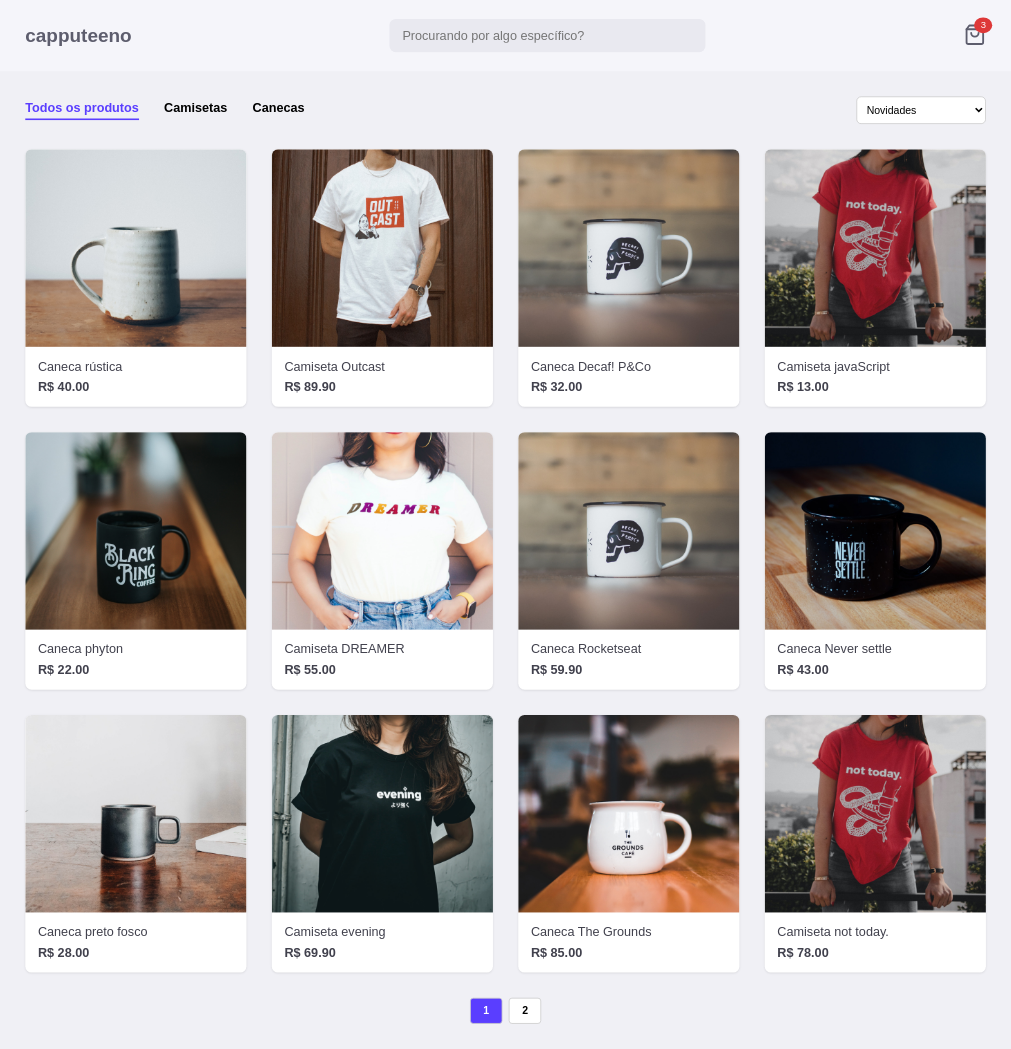
Repository: Biel-barbosa/capputeenoecomerce
Page: /
An editor plug-in stored every save of this project. The page is shown before and after the next save, followed by the edit.
The browser window is 1280 px wide. The pictures show the whole page, at 79% of full size.
The project was rebuilt for these pictures with package versions that can differ from the ones it lists, and the page was loaded fresh each time. The framework's server and built-in components were replaced by stand-ins that run in the browser. Also part of the build but not shown: next.config.ts.

Above is the page before, as saved 2025-04-23 11:47:10.

### src/app/page.tsx
'use client'
import { useState, useMemo } from 'react'
import styled from 'styled-components'
import Header from '../components/Header'
import { products as allProducts} from '../data/products'
import ProductCard from '@/components/ProductCard'
import Pagination from '@/components/Pagination'

const Container = styled.main`
  padding: 2rem;
  background-color: #f0f0f5;
`

const FiltersWrapper = styled.div`
  display: flex;
  justify-content: space-between;
  align-items: center;
  flex-wrap: wrap;
  margin-bottom: 2rem;
`

const Categories = styled.div`
  display: flex;
  gap: 2rem;

  button {
    background: none;
    border: none;
    font-weight: 600;
    font-size: 1rem;
    cursor: pointer;
    border-bottom: 2px solid transparent;
    padding-bottom: 4px;
    transition: 0.2s;

    &.active {
      color: #5a3eff;
      border-color: #5a3eff;
    }
  }
`

const SortSelect = styled.select`
  background: #fff;
  padding: 0.5rem;
  border-radius: 6px;
  border: 1px solid #ccc;
`

const ProductsGrid = styled.section`
  display: grid;
  grid-template-columns: repeat(auto-fill, minmax(250px, 1fr));
  gap: 2rem;
`

const PaginationWrapper = styled.div`
  display: flex;
  justify-content: center;
  margin-top: 2rem;
`

const HomePage = () => {
  const [category, setCategory] = useState('all')
  const [searchTerm, setSearchTerm] = useState('')
  const [sortOption, setSortOption] = useState('newest')
  const [currentPage, setCurrentPage] = useState(1)

  const itemsPerPage = 12

  const filteredProducts = useMemo(() => {
    let products = allProducts.filter((product) => {
      const matchesCategory = category === 'all' || product.category === category
      const matchesSearch = product.title.toLowerCase().includes(searchTerm.toLowerCase())
      return matchesCategory && matchesSearch
    })

    if (sortOption === 'price-asc') {
      products = products.sort((a, b) => a.price - b.price)
    } else if (sortOption === 'price-desc') {
      products = products.sort((a, b) => b.price - a.price)
    } else if (sortOption === 'bestsellers') {
      products = products.sort((a, b) => b.sales - a.sales)
    } else {
      products = products.sort((a, b) => new Date(b.createdAt).getTime() - new Date(a.createdAt).getTime())
    }

    return products
  }, [category, searchTerm, sortOption])

  const totalPages = Math.ceil(filteredProducts.length / itemsPerPage)
  const paginatedProducts = filteredProducts.slice(
    (currentPage - 1) * itemsPerPage,
    currentPage * itemsPerPage
  )

  return (
    <>
      <Header onSearch={setSearchTerm} />
      <Container>
        <FiltersWrapper>
          <Categories>
            {['all', 't-shirts', 'mugs'].map((cat) => (
              <button
                key={cat}
                className={category === cat ? 'active' : ''}
                onClick={() => setCategory(cat)}
              >
                {cat === 'all' ? 'Todos os produtos' : cat === 't-shirts' ? 'Camisetas' : 'Canecas'}
              </button>
            ))}
          </Categories>

          <SortSelect value={sortOption} onChange={(e) => setSortOption(e.target.value)}>
            <option value="newest">Novidades</option>
            <option value="price-desc">Preço: Maior - menor</option>
            <option value="price-asc">Preço: Menor - maior</option>
            <option value="bestsellers">Mais vendidos</option>
          </SortSelect>
        </FiltersWrapper>

        <ProductsGrid>
          {paginatedProducts.map((product) => (
            <ProductCard key={product.id} product={product} />
          ))}
        </ProductsGrid>

        <PaginationWrapper>
          <Pagination
            currentPage={currentPage}
            totalPages={totalPages}
            onPageChange={setCurrentPage}
          />
        </PaginationWrapper>
      </Container>
    </>
  )
}

export default HomePage

### src/components/Header.tsx
'use client';
import styled from 'styled-components';
import { FiShoppingBag } from 'react-icons/fi';

type HeaderProps = {
  onSearch?: (value: string) => void;
};

const HeaderContainer = styled.header`
  width: 100%;
  padding: 1.5rem 2rem;
  display: flex;
  align-items: center;
  justify-content: space-between;
  background-color: #f5f5fa;
  flex-wrap: wrap;
  gap: 1rem;
`;

const Logo = styled.h1`
  font-size: 1.5rem;
  font-weight: 600;
  color: #5d5d6d;
`;

const SearchInput = styled.input`
  flex: 1;
  max-width: 400px;
  margin: 0 2rem;
  padding: 0.75rem 1rem;
  border: none;
  border-radius: 8px;
  background: #e9e9f0;
  font-size: 1rem;
  color: #737380;

  &:focus {
    outline: 2px solid #115d8c;
  }

  @media (max-width: 768px) {
    margin: 0;
    width: 100%;
    order: 3;
  }
`;

const CartButton = styled.button`
  position: relative;
  background: none;
  border: none;
  cursor: pointer;

  svg {
    font-size: 1.75rem;
    color: #5d5d6d;
  }
`;

const CartCount = styled.span`
  position: absolute;
  top: -8px;
  right: -8px;
  background-color: #de3838;
  color: white;
  border-radius: 50%;
  font-size: 0.75rem;
  padding: 0.25rem 0.5rem;
  line-height: 1;
`;

const Header = ({ onSearch }: HeaderProps) => {
  const cartItemCount = 3; // Trocar por dados reais depois

  return (
    <HeaderContainer>
      <Logo>capputeeno</Logo>

      <SearchInput
        type="text"
        placeholder="Procurando por algo específico?"
        onChange={(e) => onSearch?.(e.target.value)}
      />

      <CartButton>
        <FiShoppingBag />
        <CartCount>{cartItemCount}</CartCount>
      </CartButton>
    </HeaderContainer>
  );
};

export default Header;

### src/data/products.ts
export type Product = {
    id: string;
    title: string;
    image: string;
    price: number;
    category: 't-shirts' | 'mugs';
    description: string;
    createdAt: Date;
    sales: number;
};

export const products: Product[] = [
    {
        id: '1',
        title: 'Camiseta not today.',
        image: '/images/Camiseta-not-today.jpg',
        price: 78.0,
        category: 't-shirts',
        description: 'Aqui vem um texto descritivo do produto, esta caixa de texto servirá apenas de exemplo para que simule algum texto que venha a ser inserido nesse campo, descrevendo tal produto.',
        createdAt: new Date('2024-03-01'),
        sales: 30,
    },
    {
        id: '2',
        title: 'Caneca rústica',
        image: '/images/Caneca-ceramica-rustica.jpg',
        price: 40.0,
        category: 'mugs',
        description: 'Aqui vem um texto descritivo do produto, esta caixa de texto servirá apenas de exemplo para que simule algum texto que venha a ser inserido nesse campo, descrevendo tal produto.',
        createdAt: new Date('2024-04-10'),
        sales: 80,
    },
    {
        id: '3',
        title: 'Camiseta Broken Saints',
        image: '/images/Camiseta-broken-saints.jpg',
        price: 58.0,
        category: 't-shirts',
        description: 'Aqui vem um texto descritivo do produto, esta caixa de texto servirá apenas de exemplo para que simule algum texto que venha a ser inserido nesse campo, descrevendo tal produto.',
        createdAt: new Date('2024-01-15'),
        sales: 45,
    },
    {
        id: '4',
        title: 'Caneca Black Ring',
        image: '/images/Caneca-Black-Ring.jpg',
        price: 32.0,
        category: 'mugs',
        description: 'Aqui vem um texto descritivo do produto, esta caixa de texto servirá apenas de exemplo para que simule algum texto que venha a ser inserido nesse campo, descrevendo tal produto.',
        createdAt: new Date('2024-02-20'),
        sales: 60,
    },
    {
        id: '5',
        title: 'Camiseta Outcast',
        image: '/images/Camiseta-outcast.jpg',
        price: 89.9,
        category: 't-shirts',
        description: 'Aqui vem um texto descritivo do produto, esta caixa de texto servirá apenas de exemplo para que simule algum texto que venha a ser inserido nesse campo, descrevendo tal produto.',
        createdAt: new Date('2024-04-05'),
        sales: 50,
    },
    {
        id: '6',
        title: 'Caneca The Grounds',
        image: '/images/Caneca-The-Grounds.jpg',
        price: 85.0,
        category: 'mugs',
        description: 'Aqui vem um texto descritivo do produto, esta caixa de texto servirá apenas de exemplo para que simule algum texto que venha a ser inserido nesse campo, descrevendo tal produto.',
        createdAt: new Date('2024-03-10'),
        sales: 75,
    },
    {
        id: '7',
        title: 'Camiseta evening',
        image: '/images/Camiseta-evening.jpg',
        price: 69.9,
        category: 't-shirts',
        description: 'Aqui vem um texto descritivo do produto, esta caixa de texto servirá apenas de exemplo para que simule algum texto que venha a ser inserido nesse campo, descrevendo tal produto.',
        createdAt: new Date('2024-03-11'),
        sales: 62,
    },
    {
        id: '8',
        title: 'Caneca preto fosco',
        image: '/images/Caneca-preto-fosco.jpg',
        price: 28.0,
        category: 'mugs',
        description: 'Aqui vem um texto descritivo do produto, esta caixa de texto servirá apenas de exemplo para que simule algum texto que venha a ser inserido nesse campo, descrevendo tal produto.',
        createdAt: new Date('2024-03-12'),
        sales: 58,
    },
    {
        id: '9',
        title: 'Caneca Never settle',
        image: '/images/Caneca-Never-settle.jpg',
        price: 43.0,
        category: 'mugs',
        description: 'Aqui vem um texto descritivo do produto, esta caixa de texto servirá apenas de exemplo para que simule algum texto que venha a ser inserido nesse campo, descrevendo tal produto.',
        createdAt: new Date('2024-03-13'),
        sales: 54,
    },
    {
        id: '10',
        title: 'Caneca Rocketseat',
        image: '/images/Caneca-Decaf!-P&Co.jpg',
        price: 59.9,
        category: 'mugs',
        description: 'Aqui vem um texto descritivo do produto, esta caixa de texto servirá apenas de exemplo para que simule algum texto que venha a ser inserido nesse campo, descrevendo tal produto.',
        createdAt: new Date('2024-03-14'),
        sales: 48,
    },
    {
        id: '11',
        title: 'Camiseta DREAMER',
        image: '/images/Camiseta-DREAMER.jpg',
        price: 55.0,
        category: 't-shirts',
        description: 'Aqui vem um texto descritivo do produto, esta caixa de texto servirá apenas de exemplo para que simule algum texto que venha a ser inserido nesse campo, descrevendo tal produto.',
        createdAt: new Date('2024-03-15'),
        sales: 52,
    },
    {
        id: '12',
        title: 'Caneca Decaf! P&Co',
        image: '/images/Caneca-Decaf!-P&Co.jpg',
        price: 32.0,
        category: 'mugs',
        description: 'Aqui vem um texto descritivo do produto, esta caixa de texto servirá apenas de exemplo para que simule algum texto que venha a ser inserido nesse campo, descrevendo tal produto.',
        createdAt: new Date('2024-03-16'),
        sales: 70,
    },
    {
        id: '13',
        title: 'Camiseta javaScript',
        image: '/images/Camiseta-not-today.jpg',
        price: 13.0,
        category: 't-shirts',
        description: 'Aqui vem um texto descritivo do produto, esta caixa de texto servirá apenas de exemplo para que simule algum texto que venha a ser inserido nesse campo, descrevendo tal produto.',
        createdAt: new Date('2024-03-16'),
        sales: 70,
    },
    {
        id: '14',
        title: 'Caneca phyton',
        image: '/images/Caneca-Black-Ring.jpg',
        price: 22.0,
        category: 'mugs',
        description: 'Aqui vem um texto descritivo do produto, esta caixa de texto servirá apenas de exemplo para que simule algum texto que venha a ser inserido nesse campo, descrevendo tal produto.',
        createdAt: new Date('2024-03-16'),
        sales: 70,
    },
];

export function getProductById(id: string) {
    return products.find((product) => product.id === id);
}

### src/components/ProductCard.tsx
import styled from 'styled-components'
import { Product } from '../data/products'
import Image from 'next/image'

const Card = styled.div`
  background: white;
  border-radius: 8px;
  overflow: hidden;
  box-shadow: 0px 1px 3px rgba(0, 0, 0, 0.1);
  display: flex;
  flex-direction: column;
`

const ImageWrapper = styled.div`
  position: relative;
  width: 100%;
  height: 250px;
`

const Info = styled.div`
  padding: 1rem;
  display: flex;
  flex-direction: column;
  gap: 0.5rem;
`

const Title = styled.h3`
  font-size: 1rem;
  font-weight: 400;
  color: #41414d;
`

const Price = styled.p`
  font-weight: 600;
  font-size: 1rem;
  color: #41414D;
`

type Props = {
    product: Product
}

const ProductCard = ({ product }: Props) => {
    return (
        <Card>
            <ImageWrapper>
                <Image
                    src={product.image}
                    alt={product.title}
                    fill
                    style={{ objectFit: 'cover' }}
                    sizes="(max-width: 768px) 100vw, 25vw"
                />
            </ImageWrapper>
            <Info>
                <Title>{product.title}</Title>
                <Price>R$ {product.price.toFixed(2)}</Price>
            </Info>
        </Card>
    )
}

export default ProductCard

### src/components/Pagination.tsx
import styled from 'styled-components'

const PaginationContainer = styled.div`
  display: flex;
  gap: 0.5rem;
  justify-content: center;
  align-items: center;
`

const PageButton = styled.button<{ active?: boolean }>`
  padding: 0.5rem 1rem;
  background-color: ${({ active }) => (active ? '#5a3eff' : '#fff')};
  color: ${({ active }) => (active ? '#fff' : '#000')};
  border: 1px solid #ccc;
  border-radius: 4px;
  cursor: pointer;
  font-weight: 600;

  &:hover {
    background-color: ${({ active }) => (active ? '#5a3eff' : '#eee')};
  }
`

type Props = {
    currentPage: number
    totalPages: number
    onPageChange: (page: number) => void
}

const Pagination = ({ currentPage, totalPages, onPageChange }: Props) => {
    const pages = Array.from({ length: totalPages }, (_, i) => i + 1)

    return (
        <PaginationContainer>
            {pages.map((page) => (
                <PageButton
                    key={page}
                    onClick={() => onPageChange(page)}
                    active={page === currentPage}
                >
                    {page}
                </PageButton>
            ))}
        </PaginationContainer>
    )
}

export default Pagination

### src/components/ProductsList.tsx
'use client';
import styled from 'styled-components';
import { Product } from '@/data/products';

type Props = {
    products: Product[];
    currentPage: number;
    totalPages: number;
    onPageChange: (page: number) => void;
};

const Container = styled.main`
  flex: 1;
  background-color: #f0f0f5;
  padding: 2rem;
`;

const ProductsGrid = styled.div`
  display: grid;
  grid-template-columns: repeat(4, 248px);
  gap: 2rem;
  justify-content: center;

  @media (max-width: 1024px) {
    grid-template-columns: repeat(2, 1fr);
  }

  @media (max-width: 600px) {
    grid-template-columns: 1fr;
  }
`;

const ProductCard = styled.div`
  background-color: white;
  border-radius: 8px;
  width: 248px;
  height: 356px;
  box-shadow: 0 0 4px rgba(0,0,0,0.1);
  padding: 1rem;
  display: flex;
  flex-direction: column;
  justify-content: space-between;
`;

const ProductImage = styled.img`
  width: 100%;
  height: 200px;
  object-fit: contain;
`;

const ProductTitle = styled.h3`
  font-size: 1rem;
  color: #41414d;
  margin: 0.5rem 0;
`;

const ProductPrice = styled.span`
  font-weight: bold;
  color: #41414D;
`;

const PaginationContainer = styled.div`
  display: flex;
  justify-content: center;
  margin-top: 2rem;
  gap: 0.5rem;
`;

const PageButton = styled.button<{ isActive: boolean }>`
  background: ${({ isActive }) => (isActive ? '#FFA585' : 'transparent')};
  border: 1px solid #dcdce5;
  color: ${({ isActive }) => (isActive ? '#fff' : '#737380')};
  padding: 0.5rem 1rem;
  border-radius: 4px;
  cursor: pointer;

  &:disabled {
    opacity: 0.5;
    cursor: not-allowed;
  }
`;

const ProductsList = ({ products, currentPage, totalPages, onPageChange }: Props) => {
    return (
        <Container>
            <ProductsGrid>
                {products.map((product) => (
                    <ProductCard key={product.id}>
                        <ProductImage src={product.image} alt={product.title} />
                        <ProductTitle>{product.title}</ProductTitle>
                        <ProductPrice>R$ {product.price.toFixed(2)}</ProductPrice>
                    </ProductCard>
                ))}
            </ProductsGrid>

            <PaginationContainer>
                <PageButton onClick={() => onPageChange(currentPage - 1)} disabled={currentPage === 1} isActive={false}>
                    Anterior
                </PageButton>

                {[...Array(totalPages)].map((_, index) => {
                    const page = index + 1;
                    return (
                        <PageButton
                            key={page}
                            onClick={() => onPageChange(page)}
                            isActive={currentPage === page}
                        >
                            {page}
                        </PageButton>
                    );
                })}

                <PageButton onClick={() => onPageChange(currentPage + 1)} disabled={currentPage === totalPages} isActive={false}>
                    Próximo
                </PageButton>
            </PaginationContainer>
        </Container>
    );
};

export default ProductsList;

Loaded but not shown: src/app/layout.tsx (common file); src/app/globals.css (common file)

After the next save:
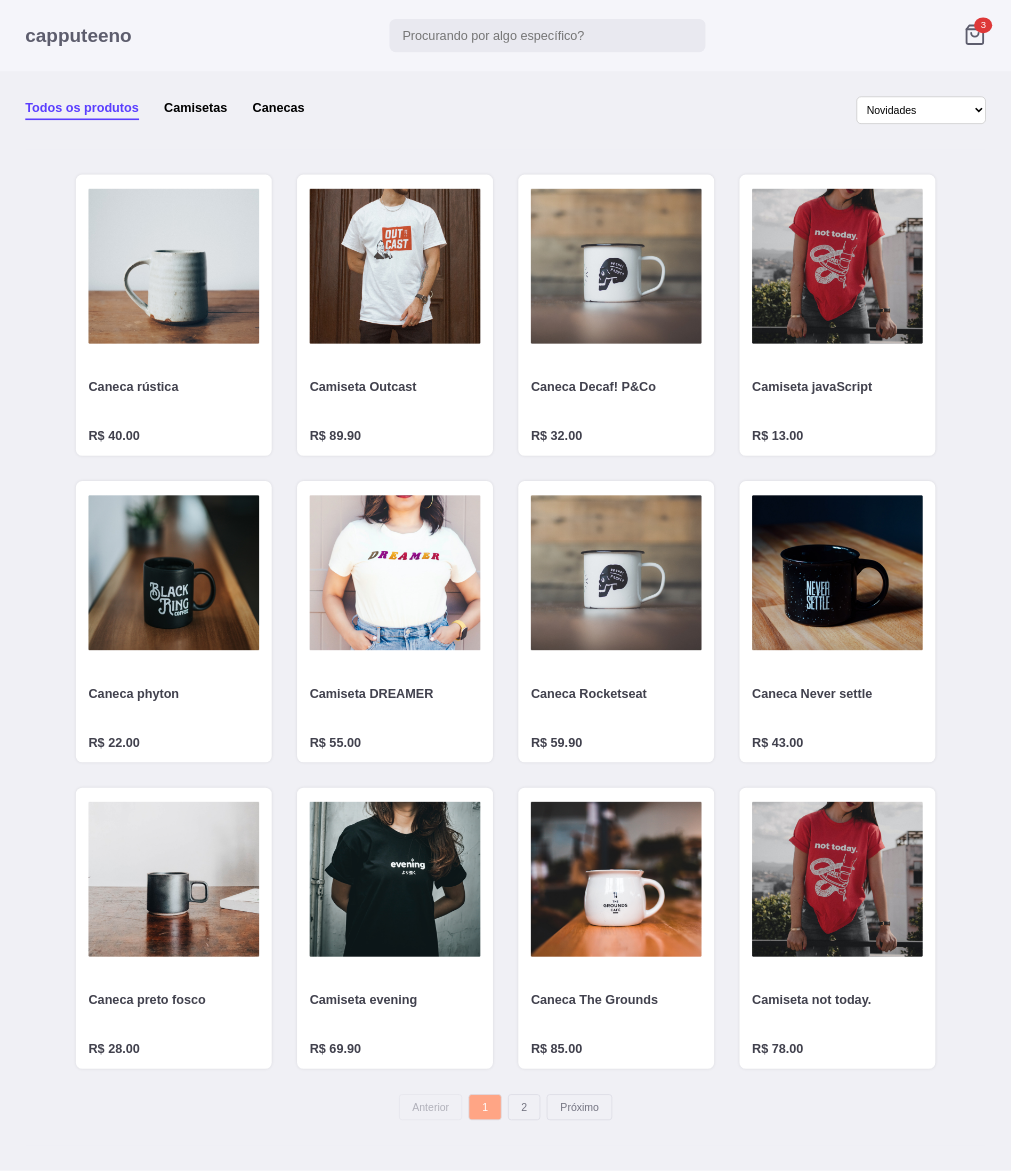
Saved 114 s later.
--- a/src/app/page.tsx
+++ b/src/app/page.tsx
@@ -2,9 +2,9 @@
 import { useState, useMemo } from 'react'
 import styled from 'styled-components'
 import Header from '../components/Header'
-import { products as allProducts} from '../data/products'
-import ProductCard from '@/components/ProductCard'
+import { products as allProducts } from '../data/products'
 import Pagination from '@/components/Pagination'
+import ProductsList from '@/components/ProductsList'
 
 const Container = styled.main`
   padding: 2rem;
@@ -45,12 +45,6 @@ const SortSelect = styled.select`
   padding: 0.5rem;
   border-radius: 6px;
   border: 1px solid #ccc;
-`
-
-const ProductsGrid = styled.section`
-  display: grid;
-  grid-template-columns: repeat(auto-fill, minmax(250px, 1fr));
-  gap: 2rem;
 `
 
 const PaginationWrapper = styled.div`
@@ -103,14 +97,23 @@ const HomePage = () => {
               <button
                 key={cat}
                 className={category === cat ? 'active' : ''}
-                onClick={() => setCategory(cat)}
+                onClick={() => {
+                  setCategory(cat)
+                  setCurrentPage(1) // resetar página ao trocar filtro
+                }}
               >
                 {cat === 'all' ? 'Todos os produtos' : cat === 't-shirts' ? 'Camisetas' : 'Canecas'}
               </button>
             ))}
           </Categories>
 
-          <SortSelect value={sortOption} onChange={(e) => setSortOption(e.target.value)}>
+          <SortSelect
+            value={sortOption}
+            onChange={(e) => {
+              setSortOption(e.target.value)
+              setCurrentPage(1) // resetar página ao mudar ordenação
+            }}
+          >
             <option value="newest">Novidades</option>
             <option value="price-desc">Preço: Maior - menor</option>
             <option value="price-asc">Preço: Menor - maior</option>
@@ -118,19 +121,12 @@ const HomePage = () => {
           </SortSelect>
         </FiltersWrapper>
 
-        <ProductsGrid>
-          {paginatedProducts.map((product) => (
-            <ProductCard key={product.id} product={product} />
-          ))}
-        </ProductsGrid>
-
-        <PaginationWrapper>
-          <Pagination
-            currentPage={currentPage}
-            totalPages={totalPages}
-            onPageChange={setCurrentPage}
-          />
-        </PaginationWrapper>
+        <ProductsList
+          products={paginatedProducts}
+          currentPage={currentPage}
+          totalPages={totalPages}
+          onPageChange={setCurrentPage}
+        />
       </Container>
     </>
   )
